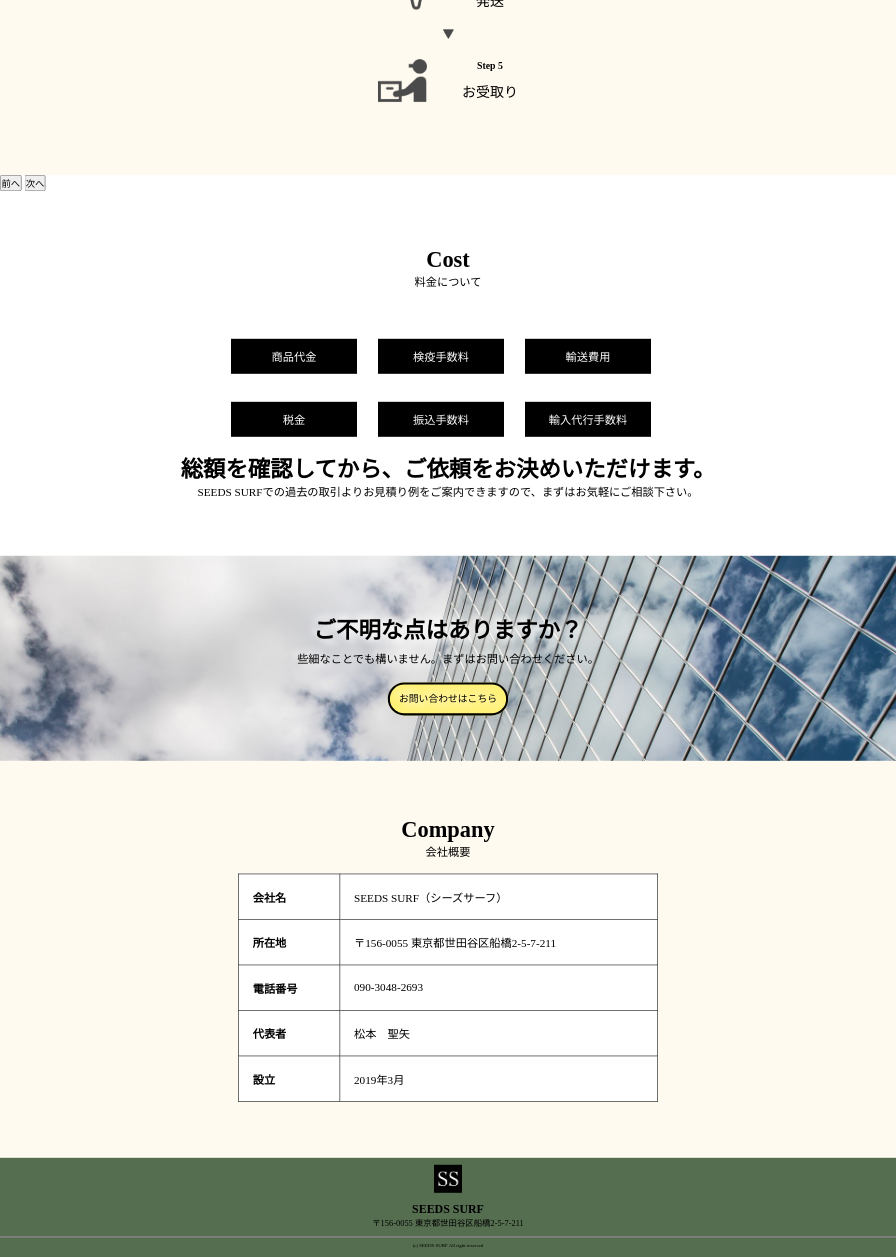
Repository: Seiya00002/seeds-surf-lp
Page: index.html
These files come from the project's save history. The page is drawn as it stood at one moment and after the next save; the edit follows.
The browser window is 1280 px wide. The pictures show the part of the page from y = 1890 to 3810 px (the page is 3686 px tall before and 4406 px after), at 70% of full size.

Above is the page before, as saved 2023-07-19 15:36:26.
Console error: ReferenceError: previousBtn is not defined

### index.html
<!DOCTYPE html>
<html lang="ja">
<head>
    <meta charset="UTF-8">
    <meta http-equiv="X-UA-Compatible" content="IE=edge">
    <meta name="viewport" content="width=device-width, initial-scale=1.0,
    minimum-scale=1, maximum-scale=1, user-scalable=no">
    <title>輸入代行SEEDS SURF</title>
    <link rel="stylesheet" href="css/style.css">
</head>
<body>
    <header>
        <div class="header_left">
            <img src="img/sslogo.jpg"
                alt="logo"
                width="40"
                height="40"
                class="logo">
            <h1>植物専門・輸入代行</h1>

        </div>
        <!-- <div class="header_right">
            <img src="img/tel_logo.png"
                alt="tel_logo"
                width="35"
                height="35"
                class="tel_logo">
            <div class="header_contact">
                <h2>090-3048-2693</h2>
                <p>（平日9:00 ~ 18:00）</p>
            </div>
        </div> -->
    </header>

    <main>
        <div class="top_wrapper">
            <div class="container">
                <div class="hero_message">
                    <!-- <img src="./img/cream-spike.jpg" alt="Image"> -->
                    <div class="calculation-app">
                        <h2>お見積り計算シュミレーション</h2>

                            <p>仕入れ先の地域を選択して下さい。</p>
                            <form name="form1">
                                <select name="place">
                                    <option value="1.3">北米</option>
                                    <option value="1.2">ヨーロッパ</option>
                                    <option value="1">アジア</option>
                                </select>
                            </form>

                            <p>箱のサイズの予想を選択して下さい。</p>
                            <form name="form2">
                                <select name="box">
                                    <option value="18350">15kg</option>
                                    <option value="13350">10kg</option>
                                    <option value="8150">5kg</option>
                                </select>
                            </form>
                            <p>およその商品代金を入力して下さい。</p>
                            <label>￥</label><input
                            type="text"
                            id="price"
                            value=""
                            placeholder="金額を入力して下さい。"
                            maxlength="7"
                            size="20"
                            ></label>

                            <br>
                            <br>
                            <div class="btn-box">
                                <button id="button">計算Go!!</button>
                            </div>
                    </div>
                </div>
            </div>
        </div>


        <!-- 見積り表 -->
    <div id="estimate_table" class="estimate_wrapper">
        <div class="container">
            <h3>予想お見積り表</h3>
            <table align="center" class="estimate">
                <tr>
                    <th>商品代金</th>
                    <td>¥<span id="span2"></span></td>
                </tr>
                <tr>
                    <th>検疫手数料</th>
                    <td>¥<span id="span3"></span></td>
                </tr>
                <tr>
                    <th>送料</th>
                    <td>¥<span id="span4"></span></td>
                </tr>
                <tr>
                    <th>弊社代行手数料</th>
                    <td>¥<span id="span5"></span></td>
                </tr>
                <tr>
                    <th>海外送金手数料</th>
                    <td>¥<span id="span6"></span></td>
                </tr>
                <tr>
                    <th>税金</th>
                    <td>¥<span id="span7"></span></td>
                </tr>
                <tr>
                  <th class="total">合計</th>
                  <th class="total">¥<span id="span1"></span></th>
              </tr>
            </table>
            <h4>詳しくは下記の「Cost」欄をご覧下さい。</h4>
        </div>
    </div>
        <div class="top_message">
            <div class="container">
                <div class="message">
                    <h1>植物専門の輸入代行とは</h1>
                    <p><img class="check" src="./img/check_icon.png"> 観葉植物などで検疫やワシントン条約に関わる特殊なお手続きを代行いたします。
                        <br><img class="check" src="./img/check_icon.png"> 言語や情報の壁のある現地業社との交渉から購買代行ご対応いたします。
                        <br><img class="check" src="./img/check_icon.png"> 仕入れ先の現地優良業社をご紹介いたします。
                    </p>

                </div>
            </div>
        </div>

        <div class="project_wrapper">
            <div class="container">
                <div class="projects">
                    <div class="project">
                        <div class="project_icon">
                            <img src="img/project_imag1.jpg">
                            <h2>「迅速・柔軟サービス」</h2>
                        </div>
                        <p class="text_contents">フットワークの軽いスタッフが、柔軟にお客様のご要望にご対応いたします。大変な植物の特殊なお手続きを出来る限りスムーズなお取引きを実現いたします。</p>

                    </div>
                    <div class="project">
                        <div class="project_icon">
                            <img src="img/pro_airport.jpg">
                            <h2>「全世界対応」</h2>
                        </div>
                        <p class="text_contents">全地域の現地業社との交渉、購買手続きにご対応いたします。</p>

                    </div>
                    <div class="project">
                        <div class="project_icon">
                            <img src="img/project_img3.jpg">
                            <h2>「現地企業のご紹介サービス」</h2>
                        </div>
                        <p class="text_contents">私たちは信頼出来る優良な業者様とお付き合いがございます。お取引き業者をお持ちでない方も、今すぐ輸入事業を始めることが出来ます。</p>
                    </div>
                        <div class="clear"></div>

                </div>
            </div>
        </div>
        <div class="service_wrapper">
            <div class="container">
                <div class="service_heading">
                    <h1>Frow</h1>
                    <p>輸入取引の流れ</p>
                </div>
                <div class="step">
                    <img src="img/person_img.png"
                    class="step_icon">
                    <div class="step_cont">
                        <h2>Step 1</h2>
                        <p>現地企業交渉</p>
                    </div>
                </div>
                <img src="img/down_img.png" class="step_icon2">

                <div class="step">
                    <img src="img/cal_img.png"
                    class="step_icon">
                    <div class="step_cont">
                        <h2>Step 2</h2>
                        <p>お見積り</p>
                    </div>
                </div>
                <img src="img/down_img.png" class="step_icon2">

                <div class="step">
                    <img src="img/bank_img.png"
                    class="step_icon">
                    <div class="step_cont">
                        <h2>Step 3</h2>
                        <p>お支払い</p>
                    </div>
                </div>
                <img src="img/down_img.png" class="step_icon2">
                <div class="step">
                    <img src="img/airp_imag.png"
                    class="step_icon">
                    <div class="step_cont">
                        <h2>Step 4</h2>
                        <p>発送</p>
                    </div>
                </div>
                <img src="img/down_img.png" class="step_icon2">
                <div class="step">
                    <img src="img/drivery_img.png"
                    class="step_icon">
                    <div class="step_cont">
                        <h2>Step 5</h2>
                        <p>お受取り</p>
                    </div>
                </div>
            </div>
        </div>

        <!-- スライドショー -->
        <!-- <div class="slide_wrapper">
            <div id="slide" class="slideshow">
                <p class="disc">SEEDS SURF</p>
                <a class="arrow next" id="right" href="#"></a>
                <a class="arrow back" id="left" href="#"></a>
            </div>
        </div> -->

        <div class="slide_wrapper">
            <div class="slideshow-container">
                <img src="./img/import-img1.jpg" alt="Image 1">
                <img src="./img/import-img2.jpg" alt="Image 2">
                <img src="./img/import-img3.jpg" alt="Image 3">
            </div>

            <button id="prevBtn">前へ</button>
            <button id="nextBtns">次へ</button>
        </div>


        <!-- コストwrapper -->
        <div class="cost_wrapper">
            <div class="container">
                <div class="cost_heading">
                    <h1>Cost</h1>
                    <p>料金について</p>
                </div>
                <div class="cost_cont">
                    <div class="list01">
                        <p>商品代金</p>
                    </div>
                    <div class="list01">
                        <p>検疫手数料</p>
                    </div>
                    <div class="list01">
                        <p>輸送費用</p>
                    </div>
                    <div class="list02">
                        <p>税金</p>
                    </div>
                    <div class="list02">
                        <p>振込手数料</p>
                    </div>
                    <div class="list02">
                        <p>輸入代行手数料</p>
                    </div>
                    <!-- <div class="clear"></div> -->
                </div>
                <div class="cost_message">
                    <h1>総額を確認してから、ご依頼をお決めいただけます。</h1>
                    <p>SEEDS SURFでの過去の取引よりお見積り例をご案内できますので、まずはお気軽にご相談下さい。</p>
                </div>
            </div>
        </div>
        <div class="contact_wrapper">
            <div class="container">
                <h1>ご不明な点はありますか？</h1>
                <p>些細なことでも構いません。まずはお問い合わせください。</p>
                <a href="https://seeds-surf.com/%e3%81%8a%e5%95%8f%e3%81%84%e5%90%88%e3%82%8f%e3%81%9b/" class="btn contact">お問い合わせはこちら</a>
                <!-- <h2>TEL : 090-3048-2693</h2> -->
                <!-- <p>メールフォームよりお問い合わせ下さい。<br>営業時間：平日10：00〜19：00</p> -->
            </div>
        </div>

        <!-- 会社概要 -->
        <div class="company_wrapper">
            <div class="container">
                <h1>Company</h1>
                <p>会社概要</p>
                <table align="center" class="company">
                    <tr>
                        <th>会社名</th>
                        <td>SEEDS SURF（シーズサーフ）</td>
                    </tr>
                    <tr>
                        <th>所在地</th>
                        <td>〒156-0055 東京都世田谷区船橋2-5-7-211</td>
                    </tr>
                    <tr>
                        <th>電話番号</th>
                        <td>090-3048-2693</td>
                    </tr>
                    <tr>
                        <th>代表者</th>
                        <td>松本　聖矢</td>
                    </tr>
                    <tr>
                        <th>設立</th>
                        <td>2019年3月</td>
                    </tr>
                </table>
            </div>
        </div>


    </main>

    <footer>
        <div class="container">
                <img src="img/sslogo.jpg"
                    alt="logo"
                    width="40"
                    height="40"
                    class="logo">
                <h1>SEEDS SURF</h1>
                <p>〒156-0055 東京都世田谷区船橋2-5-7-211</p>
                <hr color="gray">
                <small>(c) SEEDS SURF All right reserved</small>
        </div>
    </footer>

    <script src="./app.js"></script>
</body>
</html>

### css/style.css
/* all */
*{
    box-sizing: border-box;
    margin: 0;
    padding: 0;
}

h1 {
    font-family: 'Times New Roman', Times, serif;

}

h2 ,h3 ,p {
    font-family: 'Hiragino Sans';

}
/* header */

header {
    height: 70px;
    display: flex;
    align-items: center;
    position: absolute;
}

.header_left {
    display: flex;
}

/* .header_right {
    display: flex;
    margin: 0 0 0 auto;
} */

.logo {
    margin: 10px 10px;
}

.tel_logo {
    margin: 20px 10px;
}

header h1 {
    font-size: 23px;
    padding: 18px 10px;
    font-weight: 500px;
    text-shadow: 6px 6px 10px white, -6px -6px 10px white;

}

header h2 {
    font-size: 21px;
    padding: 15px 10px 0 0;
}

header p {
    padding-bottom: 10px;
}
.container {
    text-align: center;
    width: 100%;
}

/* main */

/* top */
.top_wrapper {
    color: white;
    width: 100%;
    height: auto;
}

.hero_message {
    background-image: url(../img/cream-spike.jpg);
    background-size: cover;

    font-size: 15px;
    color: black;
    height: 660px;
    min-width:100%;
    font-weight: bold;
    display: flex;
    justify-content: center;
    align-items: center;
    line-height: 2.5em;
}

.calculation-app {
    background: rgb(255, 255, 255,0.5);
    padding: 70px;
    border-radius: 10%;
}

.hero_message h2 {
    padding-bottom: 30px;
}

.top_message {
    background-color: rgb(85, 110, 80);
    color: white;
    padding: 30px 0;
}

.top_message p {
    padding-top: 20px;
    font-size: 17px;
    line-height: 1.6rem;
}

.check {
    width: 16px;
    height: 16px;
}

/* project_wrapper */
.project_wrapper {
    margin-bottom: 80px;
}

.project {
    float: left;
    width: 33%;
    padding: 20px 10px 20px 10px;
    height: 300px;

}

.project_icon {
    position: relative;

}

.project_icon h2 {
    position: absolute;
    top: 80px;
    width: 100%;
    color: white;
    font-weight: normal;

}

.clear {
    clear: left;
}

/* service_wrapper */
.service_wrapper {
    background-color: #fffaf0;
    padding: 80px 0;
}

.service_heading {
padding-bottom: 50px;
}

.step {
    display: flex;
    justify-content: center;
    align-items: center;
    padding: 20px 0;

}

.step_cont {
    padding-left: 50px;
}

.step_icon {
    width: 70px;
    height: 70px;

}

.step_icon2 {
    width: 15px;
    height: 15px;

}

.step h2 {
    font-size: 14px;
}

.step p {
    font-size: 20px;
    padding-top: 13px;
}

/* costについて */
.cost_wrapper {
    padding: 80px 0;
}

.cost_cont {
    padding-top: 50px;
    width: 650px;
    margin: 0 auto;
    flex-wrap: wrap;
    display: flex;

}


.list01 {
    background-color: black;
    width: 180px;
    height: 50px;
    color: white;
    margin: 20px 15px;
    justify-content: center;
    padding-top: 12px;

}

.list02 {
    background-color: black;
    width: 180px;
    height: 50px;
    color: white;
    margin: 20px 15px;
    justify-content: center;
    padding-top: 12px;


}



/* contact_wrapper */
.contact_wrapper {
    background-image: url(../img/sky&office_img.jpeg);
    padding: 80px 0;
    background-size: cover;
    text-shadow: 6px 6px 10px white, -6px -6px 10px white;
    font-weight: 530;
}


.contact_wrapper p {
    padding:8px 0 35px 0;
}

.btn {
    width: 180px;
    height: 35px;
    padding: 13px;
    font-size: 14px;
    color: black;
    background-color:#fff176;
    border: black solid;
    border-radius: 24px;
    user-select: none;
    cursor: pointer;
    text-decoration: none;
}

.btn:hover {
    opacity: .7;
}

.contact_wrapper h2 {
    padding-top: 35px;
}

/* company_wrapper */
.company_wrapper {
    padding: 80px 0;
    background-color: #fffaf0;

}

.company_wrapper p {
    padding-bottom: 20px;
}

table.company {
    border-collapse: collapse;
    width: 600px;
    background-color: white;
    margin: auto;
}

th, td {
    border: solid 1px #333;
    padding: 20px;
}

.company th,td {
    text-align: left;
}


/* footer */

footer {
    background-color: rgb(85, 110, 80);
    color: black;
    padding-bottom: 10px;

}

footer h1 {
    font-size: 17px;
}

footer p {
    font-size: 12px;
    padding-bottom: 10px;
}
small {
    font-size: 7px;

}


/* slideshow 追加 */
/* .slide_wrapper{
    max-width: 1200px;
    height: 600px;
    margin: auto;
    text-align: center;
}
/*画像配置*/
/* .slideshow{
    max-width: 100%;
    height: 100%;
    background-image: url(../img/import-img1.jpg);
    background-repeat: no-repeat;
    background-size: cover;
    background-position: 0% 50%;/*左 中央のよせ*/
/* } */ */
/*文字*/
/* .disc{
    margin: auto;
    text-align: center;
    font-size: 3em;
    color: #ffffff;
    font-weight: 800;
    padding-top:5%;
} */
/*>*/
/* .next{
    float: right;
    top: 160px;
    right: 50px;
} */
/*<*/
/* .back{
    float: left;
    top: 160px;
    bottom: 0px;
    left: 30px;
} */ */
/* 矢印のデザイン
.arrow{
    position: relative;
    display: inline-block;
    padding: 0 0 0 16px;
    color: #000;
    vertical-align: middle;
    text-decoration: none;
    font-size: 15px;
}
.arrow::before,
.arrow::after{
    position: absolute;
    top: 0;
    bottom: 0;
    left: 0;
    margin: auto;
    content: "";
    vertical-align: middle;
}

.next::before{
    left: 0px;
    width: 30px;
    height: 30px;
    border-top: 5px solid rgb(255, 255, 255);
    border-right: 5px solid rgb(255, 255, 255);
    -webkit-transform: rotate(45deg);
    transform: rotate(45deg);
}
.back::before{
    left: 0px;
    width: 30px;
    height: 30px;
    border-bottom: 5px solid rgb(255, 255, 255);
    border-left: 5px solid rgb(255, 255, 255);
    -webkit-transform: rotate(45deg);
    transform: rotate(45deg);
} */

.slideshow-container {
    max-width: 1000px;
    position: relative;
    margin: auto;
  }

.slideshow-container img {
    display: none;
    width: 100%;
    height: auto;
  }





/* CSSアニメーションの指定 */
.slideshow{
    transition: background-image 1s ease-in;
}

/* 計算シュミレーション追加 */
.btn-box button {
    width: 180px;
    height: 35px;
    padding: 6px;
    font-size: 14px;
    color: black;
    background-color:#fff176;
    border: black solid;
    border-radius: 24px;
    user-select: none;
    cursor: pointer;
  }

  .btn-box button:hover {
    opacity: .7;
  }


/* 見積り表追加 */
.estimate_wrapper {
    display: none;
    background-color: #fffaf0;
    padding: 40px 0;
}
.estimate_wrapper h3 {
    padding-bottom: 20px;
}
.estimate_wrapper h4 {
    padding-top: 20px;
}

table.estimate {
    border-collapse: collapse;
    width: 450px;
    background-color: white;
    margin: auto;
}

.estimate th{
    padding: 15px 20px;
    text-align: center;
}

.estimate td{
    text-align: center;
}

th.total {
    background: rgb(224, 224, 224);
}

.estimate_wrapper.appear {
    display: block;
    animation: .5s fadeIn;
  }

  @keyframes fadeIn {
    0% {
      opacity: 0;
      transform: translateY(-10px);
    }
    100% {
      opacity: 1;
      transform: none;
    }
  }

/* レスポンシブ */
  @media (max-width: 670px) {


    .cost_cont h2 {
        width: 50%;
    }
    .list01 {
        width: 40%;
        margin: 20px auto;
    }
    .list02 {
        width: 40%;
        margin: 20px auto;

    }
    table.company {
        width: 80%;
        font-size: 14px;
    }
    .cost_cont {
        width: 100%;
    }
    table.estimate {
        width: 80%;
    }
    .calculation-app {
        padding: 20px;
    }

}
@media (max-width: 1000px) {
    .project {
        width: 50%;
    }
}

@media (max-width: 670px) {
    .project {
        width: 100%;
    }
}

### app.js

// スライドショー機能
//     let images = [
//         'url(./img/import-img1.jpg)',
//         'url(./img/import-img2.jpg)',
//         'url(./img/import-img3.jpg)'
//     ]

//     let target = document.querySelector('#slide');
//     let right = document.querySelector('#right');
//     let left = document.querySelector('#left');

//     // 画像カウンター表示
//     let count = 0;

//     function change(){
//         target.style.backgroundImage = images[count];
//         if( count == 2){
//             count = 0;
//         } else {
//             count++;
//         }
//     }

//     function goNext(event) {
//         event.preventDefault();
//         change();
//     }

//     function goBack(event) {
//         event.preventDefault();
//         if( count == 0){
//             count = 2;
//         } else {
//             count--;
//         } change();
//     }

//     right.addEventListener( 'click', goNext, false);
//     left.addEventListener( 'click', goBack, false);


// setInterval(change, 3000);


// 計算シュミレーションapp

let button = document.getElementById("button");
button.onclick = clickBtn1;

function clickBtn1(){

    const place = document.form1.place;
    const box = document.form2.box;
    const price = document.getElementById('price');

    // 値(数値)を取得
    const num = place.selectedIndex;
    const boxnum = box.selectedIndex;
    console.log(boxnum);

    // 値(数値)から値(value値)を取得
    let region = place.options[num].value;
    let boxPrice = box.options[boxnum].value;
    let plantsPriceString = price.value;

    let plantsPrice = parseInt(plantsPriceString, 10); // plantsPriceStringを数値に変換

    const phyto = 10000;
    let argent = plantsPrice * 0.2;
    let boxCalc = boxPrice*region

    let boxPriceValue = parseInt(boxCalc, 10);

    let sendingMoneyNum = (plantsPrice + boxPriceValue) * 0.0073;
    let sendingMoney = Math.round(sendingMoneyNum);
    let tax = plantsPrice * 0.07;

    let taxValue = parseInt(tax, 10);
    let sendingMoneyNumValue = parseInt(sendingMoney, 10);


    let estimateNum = ( region * boxPrice) + (plantsPrice *0.2) + phyto + plantsPrice + sendingMoneyNumValue + taxValue;
    let plantsValue = plantsPrice.toLocaleString();
    let phytoFee = phyto.toLocaleString();
    let boxFee = boxPriceValue.toLocaleString();
    let argentFee = argent.toLocaleString();
    let sendingMoneyFee = sendingMoney.toLocaleString();
    let taxFee = tax.toLocaleString();
    let estimate = estimateNum.toLocaleString();

    document.getElementById("span1").textContent = estimate;
    document.getElementById("span2").textContent = plantsValue;
    document.getElementById("span3").textContent = phytoFee;
    document.getElementById("span4").textContent = boxFee;
    document.getElementById("span5").textContent = argentFee;
    document.getElementById("span6").textContent = sendingMoneyFee;
    document.getElementById("span7").textContent = taxFee;

  }

// 見積り表示切り替え

const btn = document.getElementById('button')
btn.addEventListener('click', () => {
    const estimate_table = document.getElementById('estimate_table');
    const priceForm = document.getElementById('price');

    if(priceForm.value ===''){
        window.alert('金額を入力して下さい。');
    } else {

    estimate_table.classList.toggle('appear');

    }

    if (btn.textContent == "計算Go!!") {
      btn.textContent = "閉じる";
    } else {
      btn.textContent = "計算Go!!";
    }
  });


// スライドショー機能修正版
document.addEventListener('DOMContentLoaded', function(){
let slideIndex = 0;
let slides = document.querySelectorAll('.slideshow-container img');
let interval;

function showSlide() {
    for( let i=0; i < slides.length; i++){
        slides[i].style.display = 'none';
    }
    slides[slideIndex].style.display = 'block';
}

function previousSlide() {
    slideIndex--;
    if(slideIndex < 0){
        slideIndex = slides.length - 1;
    }
    showSlide();
    resetInterval();
}

function nextSlide() {
    slideIndex++;
    if(slideIndex >= slides.length){
        slideIndex = 0;
    }
    showSlide();
    resetInterval();
}

function resetInterval() {
    clearInterval(interval);
    interval = setInterval(nextSlide, 3000);
}

const prevBtn = document.getElementById('prevBtn');
const nextBtn = document.getElementById('nextBtn');

if (previousBtn && nextBtn) {
    previousBtn.addEventListener('click', previousSlide);
    nextBtn.addEventListener('click', nextSlide);
  }


showSlide();
resetInterval();

});

After the next save:
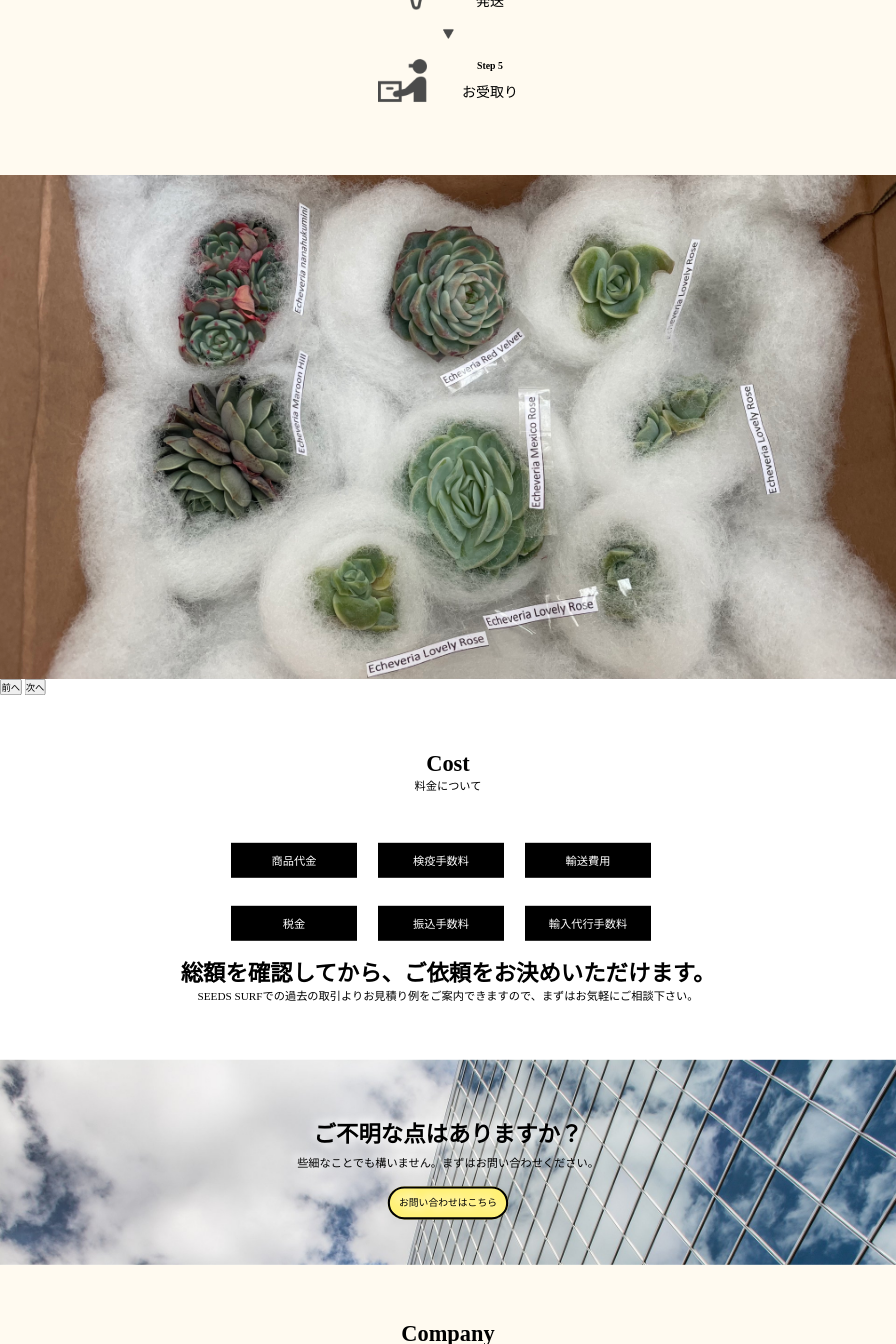
The error is gone.
Saved 43 s later.
--- a/app.js
+++ b/app.js
@@ -158,7 +158,7 @@ function resetInterval() {
     interval = setInterval(nextSlide, 3000);
 }
 
-const prevBtn = document.getElementById('prevBtn');
+const previousBtn = document.getElementById('prevBtn');
 const nextBtn = document.getElementById('nextBtn');
 
 if (previousBtn && nextBtn) {
